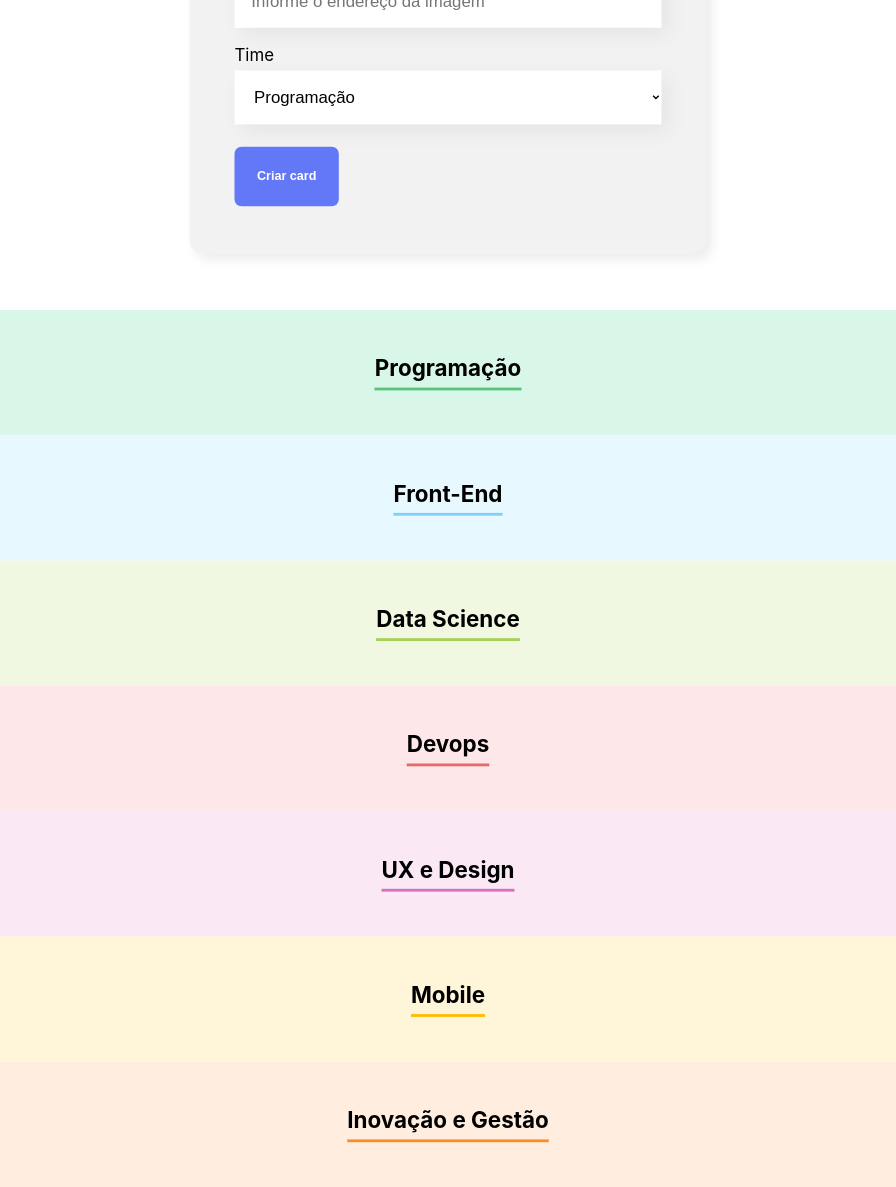
Repository: devMuriloOliveira/organo
Page: /
These files come from the project's save history. The page is drawn as it stood at one moment and after the next save; the edit follows.
The browser window is 1280 px wide. The pictures show the part of the page from y = 1034 to 2954 px (the page is 2730 px tall before and 2954 px after), at 70% of full size.
The project was rebuilt for these pictures with package versions that can differ from the ones it lists, and the page was loaded fresh each time. Also part of the build but not shown: src/componentes/Colaborador/Colaborador.css, src/componentes/Colaborador/index.js.

Above is the page before, as saved 2023-01-13 17:53:26.

After the next save:
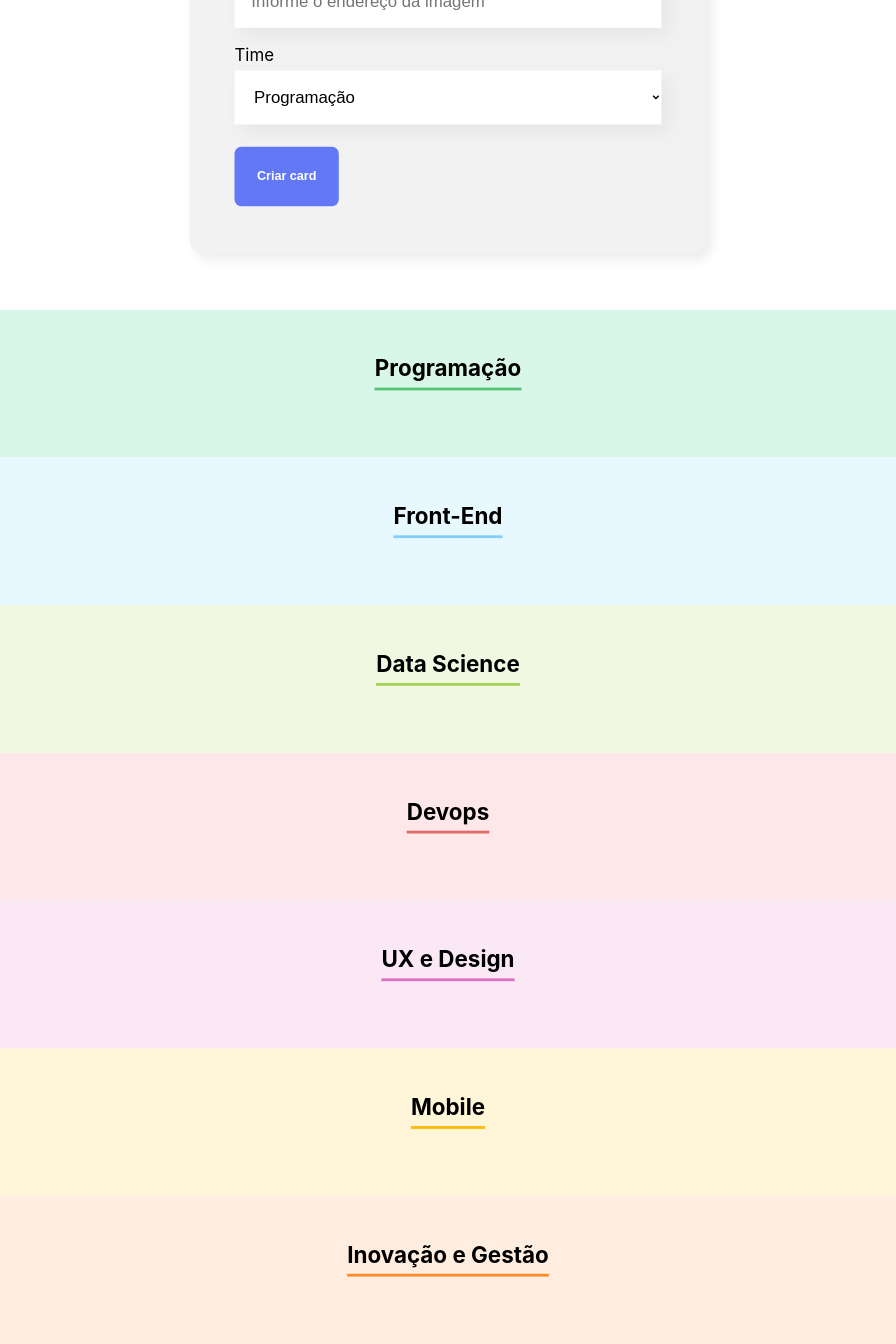
Saved 29 s later.
--- a/src/componentes/Time/Time.css
+++ b/src/componentes/Time/Time.css
@@ -14,4 +14,7 @@
 
 .time .colaboradores {
   display: flex;
+  justify-content: space-around;
+  margin-top: 32px;
+  flex-wrap: wrap;
 }
